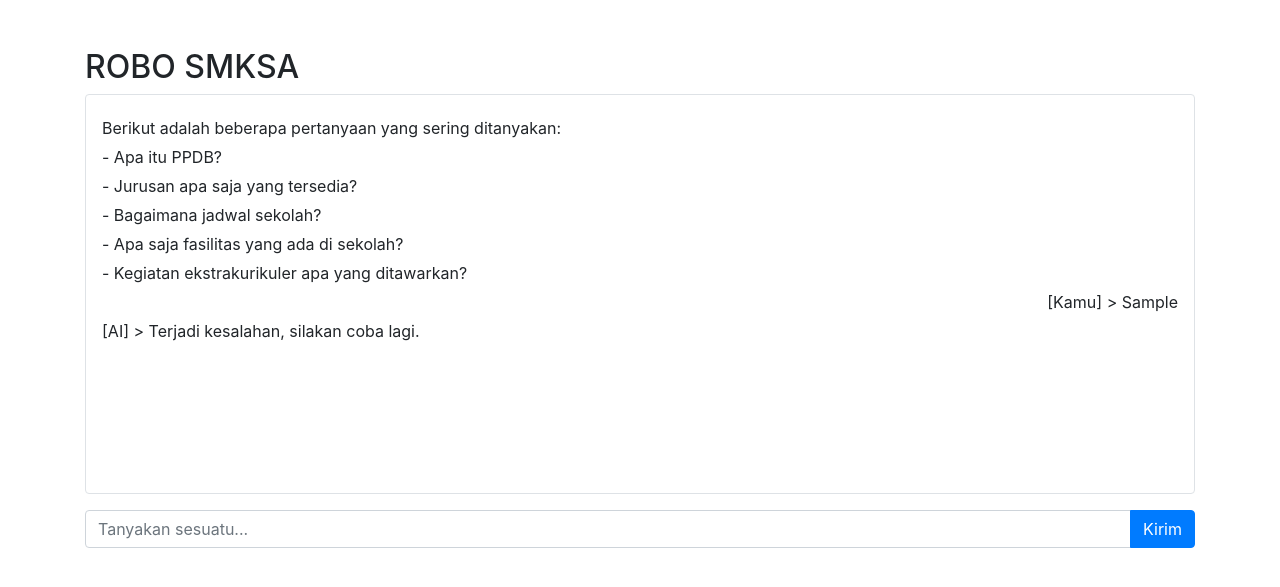
Repository: mufti-1448/Robo-SMKSA
Page: frontend/index.html
An editor plug-in stored every save of this project. The page is shown before and after the next save, followed by the edit.
The browser window is 1280 px wide. The pictures show the whole page.
Empty fields were first filled with sample values (such as "Sample", 5 or name@example.com).
After loading, the first visible `button.btn` was clicked once.
The page's requests for data from a server got no answer.

Above is the page before, as saved 2025-08-20 15:39:08.

### frontend/index.html
<!DOCTYPE html>
<html lang="id">

<head>
    <meta charset="UTF-8">
    <meta name="viewport" content="width=device-width, initial-scale=1.0">
    <title>ROBO SMKSA</title>
    <link rel="stylesheet" href="https://stackpath.bootstrapcdn.com/bootstrap/4.5.2/css/bootstrap.min.css">
    <link rel="stylesheet" href="styles.css">
</head>

<body>
    <div class="container mt-5">
        <h2>ROBO SMKSA</h2>
        <div id="out" class="border rounded p-3" style="height: 400px; overflow-y: scroll;"></div>
        <div class="input-group mt-3">
            <input type="text" id="pesan" class="form-control" placeholder="Tanyakan sesuatu...">
            <div class="input-group-append">
                <button class="btn btn-primary" onclick="pesan()">Kirim</button>
            </div>
        </div>
    </div>
    <script src="script.js"></script>
</body>

</html>

### frontend/styles.css
#out {
    height: 350px;
    overflow-y: auto;
}

.user-message {
    text-align: right;
    margin: 5px 0;
}

.ai-message {
    text-align: left;
    margin: 5px 0;
}

.typing-indicator {
    font-style: italic;
    color: gray;
}

### frontend/script.js
document.addEventListener("DOMContentLoaded", () => {
    showRecommendedQuestions();
});

function showRecommendedQuestions() {
    const recommendedQuestions = [
        "Apa itu PPDB?",
        "Jurusan apa saja yang tersedia?",
        "Bagaimana jadwal sekolah?",
        "Apa saja fasilitas yang ada di sekolah?",
        "Kegiatan ekstrakurikuler apa yang ditawarkan?"
    ];

    const recommendations = document.createElement("p");
    recommendations.className = "ai-message";
    recommendations.textContent = "Berikut adalah beberapa pertanyaan yang sering ditanyakan:";
    document.getElementById("out").appendChild(recommendations);

    recommendedQuestions.forEach(question => {
        const questionItem = document.createElement("p");
        questionItem.className = "ai-message";
        questionItem.textContent = `- ${question}`;
        document.getElementById("out").appendChild(questionItem);
    });
}

// Ubah getSchoolInfo menjadi async dan ambil data dari endpoint backend
async function getSchoolInfo(prompt) {
    try {
        const response = await fetch('https://ponpes-smksa.sch.id/');
        const data = await response.json();

        if (prompt.toLowerCase().includes('ppdb')) {
            return data.ppdb;
        }
        if (prompt.toLowerCase().includes('jurusan')) {
            return data.jurusan;
        }
        if (prompt.toLowerCase().includes('jadwal')) {
            return data.jadwal;
        }
        if (prompt.toLowerCase().includes('fasilitas')) {
            return data.fasilitas;
        }
        if (prompt.toLowerCase().includes('ekstrakurikuler')) {
            return data.ekstrakurikuler;
        }
        if (prompt.toLowerCase().includes('visi') || prompt.toLowerCase().includes('misi')) {
            return data.visi_misi;
        }
        return null;
    } catch (err) {
        console.error(err);
        return null;
    }
}

async function pesan() {
    const pesanInput = document.getElementById("pesan").value.trim();
    if (pesanInput === "") return;

    const userMessage = document.createElement("p");
    userMessage.className = "user-message";
    userMessage.textContent = `[Kamu] > ${pesanInput}`;
    document.getElementById("out").appendChild(userMessage);

    const typingIndicator = document.createElement("p");
    typingIndicator.className = "typing-indicator";
    typingIndicator.textContent = "AI sedang mengetik....";
    document.getElementById("out").appendChild(typingIndicator);

    // Panggil getSchoolInfo yang baru (async)
    const schoolResponse = await getSchoolInfo(pesanInput);
    if (schoolResponse) {
        typingIndicator.remove();
        const aiMessage = document.createElement("p");
        aiMessage.className = "ai-message";
        aiMessage.textContent = `[AI] > ${schoolResponse}`;
        document.getElementById("out").appendChild(aiMessage);
    } else {
        geminiChatAi(pesanInput).then((balas) => {
            typingIndicator.remove();
            const aiMessage = document.createElement("p");
            aiMessage.className = "ai-message";
            aiMessage.textContent = `[AI] > ${balas}`;
            document.getElementById("out").appendChild(aiMessage);
        });
    }

    document.getElementById("pesan").value = "";
}

function geminiChatAi(userPrompt) {
    const apiKey = "AIzaSyD2etqul10Rk5JHCU3Qr3DI5vXAP5KHa-0"; // Ganti dengan API Key Anda

    // Tambahkan instruksi format jawaban
    const prompt = `
Anda adalah asisten AI untuk website SMK Syafi'i Akrom.
Tugas Anda:
1. Jawaban harus ringkas, jelas, dan mudah dibaca.
2. Gunakan bullet sederhana jika perlu.
3. Tidak perlu bold, italic, atau link panjang.
4. Fokus hanya pada pertanyaan user.
5. Jika tidak tahu, jawab: "Maaf, informasi ini belum tersedia. Silakan kunjungi website resmi SMK Syafi'i Akrom."

Pertanyaan user: "${userPrompt}"
`;

    return fetch(
            `https://generativelanguage.googleapis.com/v1beta/models/gemini-2.0-flash:generateContent?key=${apiKey}`, {
                method: "POST",
                headers: {
                    "Content-Type": "application/json"
                },
                body: JSON.stringify({
                    contents: [{
                        role: "user",
                        parts: [{
                            text: prompt
                        }]
                    }]
                })
            }
        )
        .then(res => res.json())
        .then(data => {
            if (data.candidates && data.candidates.length > 0) {
                return data.candidates[0].content.parts[0].text;
            } else {
                console.error("API error:", data);
                return "Maaf, saya tidak dapat memberikan jawaban saat ini.";
            }
        })
        .catch(err => {
            console.error(err);
            return "Terjadi kesalahan, silakan coba lagi.";
        });
}

After the next save:
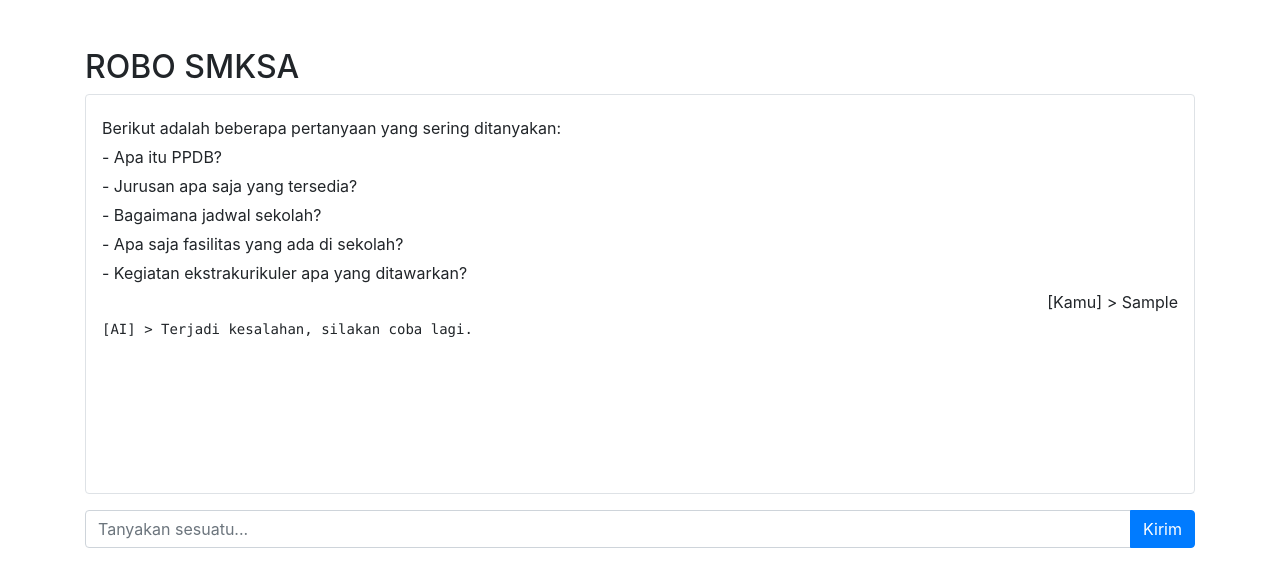
Saved 45 s later.
--- a/frontend/script.js
+++ b/frontend/script.js
@@ -73,14 +73,14 @@ async function pesan() {
     const schoolResponse = await getSchoolInfo(pesanInput);
     if (schoolResponse) {
         typingIndicator.remove();
-        const aiMessage = document.createElement("p");
+        const aiMessage = document.createElement("pre"); // gunakan <pre> agar format bullet tetap terlihat
         aiMessage.className = "ai-message";
         aiMessage.textContent = `[AI] > ${schoolResponse}`;
         document.getElementById("out").appendChild(aiMessage);
     } else {
         geminiChatAi(pesanInput).then((balas) => {
             typingIndicator.remove();
-            const aiMessage = document.createElement("p");
+            const aiMessage = document.createElement("pre"); // gunakan <pre> agar format bullet tetap terlihat
             aiMessage.className = "ai-message";
             aiMessage.textContent = `[AI] > ${balas}`;
             document.getElementById("out").appendChild(aiMessage);
